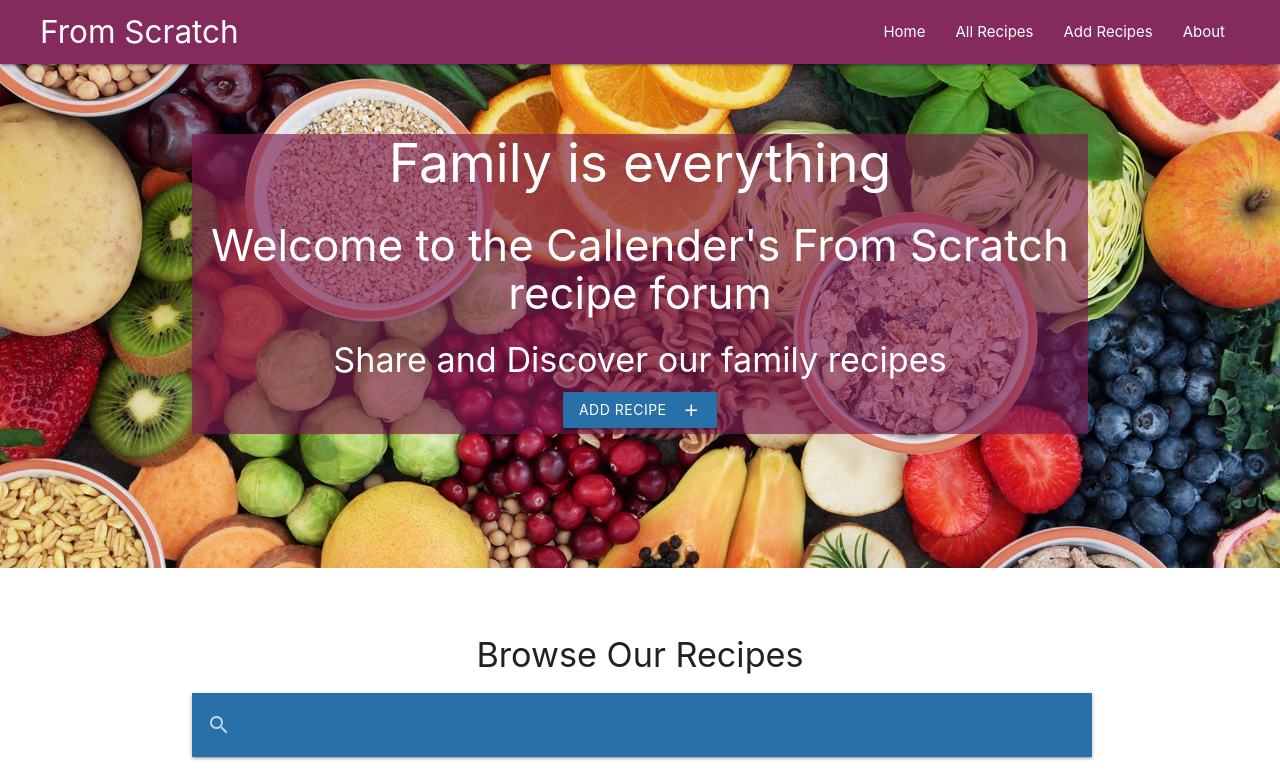
Repository: callendera/MilestoneProject3
Page: http://localhost/
The author's editor kept a record of every edit. The page is drawn from the files as they stood at one moment, then again after the next edit.
The browser window is 1280 px wide. The pictures show the whole page.
Backgrounds fixed to the window are drawn as part of the page. The page is served by the project's application, run on Flask 3 (recipe.py). Queries for data that is not in the repository find no rows.

Above is the page before.
Console error: SyntaxError: Unexpected token ')'

### templates/recipehome.html
{% extends 'base.html' %} {% block content %}
<div class="callout background-callout">
    <div class="container callout-text-background-color">

        <h2>Family is everything</h2>
        <h3>Welcome to the Callender's From Scratch recipe forum</h3>
        <h4>Share and Discover our family recipes</h4>
        <a href="#modal1" class="font-color modal-trigger"><button class="btn waves-effect waves-light center my-btn-color">Add Recipe
        <i class="material-icons right">add</i></a>

    </div>
</div>

<div id="all-recipes"></div>
</br>
</br>
<div class="container flow-text">
    <h4 class="center">Browse Our Recipes</h4>
    <div class="row recipe-row-margin">
            <nav class="my-search-bar-margin center">
                <div class="nav-wrapper my-btn-color">
                    <form>
                        <div class="input-field">
                            <input id="search" type="search" required>
                            <label class="label-icon" for="search"><i class="material-icons">search</i></label>
                            <i class="material-icons">close</i>
                        </div>
                    </form>
                </div>
            </nav>
        {% for recipes in from_scratch %}
        <div class="col s6">
            <a href="{{url_for('view_recipe', recipe_id=recipes._id)}}"><img class="materialboxed recipe-image" data-caption="{{recipes.recipe_name}}" src="{{recipes.recipe_image}}" alt="No Image Available"></a>
            <p class="recipe-name-margin"><strong>{{recipes.recipe_name}}</strong></p>
        </div>
        {% endfor %}
    </div>
</div>
{% endblock %}

### templates/base.html
<!DOCTYPE html>
<html>

<head>
    <link href="https://fonts.googleapis.com/icon?family=Material+Icons" rel="stylesheet">
    <!--link for Icons in Materialize-->

    <!--JQuery needs to be active before Materialize can render its' data-->

    <link rel="stylesheet" href="https://cdnjs.cloudflare.com/ajax/libs/materialize/1.0.0/css/materialize.min.css">
    <link rel="stylesheet" href="{{url_for('static',filename='css/style.css')}}" type="text/css" />
</head>

<body>
        <div class="navbar-fixed ">
            <nav class="transparent">
                <div class="nav-wrapper my-navbar-margin">
                    <a href="index.html" class="brand-logo">From Scratch</a>
                    <a href="#" data-target="mobile-nav" class="sidenav-trigger"><i class="material-icons">menu</i></a>
                    <ul class="right hide-on-med-and-down">
                        <li><a href="{{ url_for('get_recipes') }}">Home</a></li>
                        <li><a href="#all-recipes">All Recipes</a></li>
                        <li><a href="collapsible.html">Add Recipes</a></li>
                        <li><a href="mobile.html">About</a></li>
                    </ul>
                </div>
            </nav>
        </div>


        <ul class="sidenav" id="mobile-nav">
            <li><a href="#top">Home</a></li>
            <li><a href="#all-recipes">All Recipes</a></li>
            <li><a href="collapsible.html">Login</a></li>
            <li><a href="mobile.html">Register</a></li>
        </ul>



        {% block content %}
        <!--contains any content needed for each page, this give a template for such-->
        {% endblock %}



        <script src="https://cdnjs.cloudflare.com/ajax/libs/jquery/3.4.1/jquery.min.js" integrity="sha256-CSXorXvZcTkaix6Yvo6HppcZGetbYMGWSFlBw8HfCJo=" crossorigin="anonymous"></script>
        <script src="https://cdnjs.cloudflare.com/ajax/libs/materialize/1.0.0/js/materialize.min.js"></script>

        <script src='http://code.jquery.com/jquery-3.3.1.min.js'></script>
        <script src='/javascripts/register.js'></script>
        <!-- Script to use Materialize functionality-->
        <script type="text/javascript">
            $(document).ready(function() {
                $('select').formSelect();
            });
        </script>
        <script type="text/javascript">
            $(document).ready(function() {
                $('.collapsible').collapsible();
            });
        </script>
        <script type="text/javascript">
            $(document).ready(function() {
                $('.sidenav').sidenav();
            });
        </script>
        <script type="text/javascript">
            $(document).ready(function() {
               $('.fixed-action-btn').floatingActionButton();
            });
        </script>
        <script type="text/javascript">
            $(document).ready(function() {
               $('.modal').modal();
            });
        </script>


        <!-- script for the collapsibles-->
</body>

</html>

### recipe.py
import os
from flask import Flask, render_template, redirect, request, url_for
from flask_pymongo import PyMongo
from bson.objectid import ObjectId
#sets up application for use with PyMongo, Flask

app = Flask(__name__)
app.config["MONGO_DBNAME"] = 'from_scratch'
#creates link between Database and application
app.config["MONGO_URI"] = os.getenv("MONGO_URI")

#creates application to be tested

mongo = PyMongo(app)

@app.route('/')

@app.route('/get_recipes')
#Display text as proof of concept
def get_recipes():
    from_scratch = mongo.db.recipes.find()
    return render_template( "recipehome.html", from_scratch=from_scratch)

@app.route('/add_recipes')
def add_recipes():
    from_scratch = mongo.db.recipes.find()
    return render_template("recipehome.html")

@app.route('/insert_recipe', methods=['POST'])
def insert_recipe():
    from_scratch = mongo.db.recipes
    from_scratch.insert_one(request.form.to_dict())
    return redirect(url_for('get_recipes'))

@app.route('/view_recipe/<recipe_id>')
def view_recipe(recipe_id):
    return render_template('recipedetails.html', from_scratch=mongo.db.recipes.find({'_id': ObjectId(recipe_id)}))

if __name__ == '__main__':
    app.run(host=os.environ.get('IP'),
            port=int(os.environ.get('PORT')),
            debug=True)
#So they know how and where to run application

### static/css/style.css
.recipe-image {
    height: 300px;
    width: 400px;
    padding: 20px;
    padding-bottom: 0px;
    margin-top: 20px;
}

.recipe-name-margin {
    margin-top: 0px;
}

.view-recipe-container-margin {
    margin-bottom: 60px;
}

.background-callout {
    /*--- FOR ALL BACKGROUND CONTAINERS sets background image for callout container.
    it is set to not repeat, so the image doesnt stretch, and the image will be centered horizontally and
    pushed to the top of the container. the background will also not scroll, but remained positioned so things will scroll past it---*/
    background: url(../images/home.jpg)no-repeat center center fixed;
    -webkit-background-size: cover;
    -moz-background-size: cover;
    -o-background-size: cover;
    background-size: cover;
    overflow: hidden;
    align-items: center;
    justify-content: center;
    height: 40vh;
}


.callout-text-background-color {
    text-align: center;
    background-color: #7c1a50a3;
    color: white;
    height: 300px;
    margin-top: 400px;


}

.view-recipe-image {
    height: 500px;
    width: 800px;
    margin-left: 125px;
    margin-top: 30px;
}

.recipe-row-margin {
    margin-left: 80px;
}

.my-navbar-margin {
    padding-left: 40px;
    padding-right: 40px;
    background-color: #7c1a50ed;
}

.my-btn-color {
    background-color: #2870a8;
}

.my-btn-color:hover {
    /*--- color of background: blue ---*/
    background-color: #2870a8cf;
    /*--- when mouse is hovered the button will transition for
    .40seconds to a darker green color. the color will gradually ease in and then ease out. ---*/
    transition: all 0.40s ease-in-out;
    -moz-transition: all 0.40s ease-in-out;
    -webkit-transition: all 0.40s ease-in-out;
    -o-transition: all 0.40s ease-in-out;
    /*--- adjustments for each web browser ---*/
}


.my-link-color {
    color: #3384d8;
}

.font-color {
    color: white;
}

.my-search-bar-margin {
    margin-top: 20px;
    width: 900px;
}

/*---Media Queries---*/

/*--- adjustemnts for different screensizes,
    small-->big all features tested on google chrome inspect ---*/

@media (min-width: 576px) {
    .callout-text-background-color {
        margin-top: 200px;
        ;
    }

}

@media (min-width: 768px) {
    .background-callout {

        background: url("../images/home.jpg")no-repeat center center fixed;
        /*--- adjusts background for different browsers ---*/
        -webkit-background-size: cover;
        -moz-background-size: cover;
        -o-background-size: cover;
        background-size: cover;

        /*--- makes the background fit to the container ---*/
        overflow: hidden;

        /*--- aligns and justifies text in container ---*/
        align-items: center;
        justify-content: center;
        /*--- the height that container will take up in the viewport ---*/
        height: 60vh;
    }
    .callout-text-background-color {
        margin-top: 50px;
        ;
    }

}

@media (min-width: 992px) {
    .background-callout {

        background: url("../images/home.jpg")no-repeat center center fixed;
        /*--- adjusts background for different browsers ---*/
        -webkit-background-size: cover;
        -moz-background-size: cover;
        -o-background-size: cover;
        background-size: cover;

        /*--- makes the background fit to the container ---*/
        overflow: hidden;

        /*--- aligns and justifies text in container ---*/
        align-items: center;
        justify-content: center;
        /*--- the height that container will take up in the viewport ---*/
        height: 60vh;
    }
    .callout-text-background-color {
        margin-top: 90px;
        ;
    }
    .my-search-bar-margin {
    width: 850px;
    }
    .recipe-row-margin {
    margin-left: 0px;
}

}

@media (min-width: 1200px) {
    .background-callout {

        background: url("../images/foods.jpg")no-repeat center center fixed;
        /*--- adjusts background for different browsers ---*/
        -webkit-background-size: cover;
        -moz-background-size: cover;
        -o-background-size: cover;
        background-size: cover;

        /*--- makes the background fit to the container ---*/
        overflow: hidden;

        /*--- aligns and justifies text in container ---*/
        align-items: center;
        justify-content: center;
        /*--- the height that container will take up in the viewport ---*/
        height: 70vh;
    }
    .callout-text-background-color {
        margin-top: 70px;
        ;
    }

    .my-search-bar-margin {
    width: 900px;
    }
    .recipe-row-margin {
    margin-left: 0px;
}

}

### register.js
$(function(){
    $("#register").on('click', function(event){
        event.preventDefault();
        var username   = $("#username").val();
        var password   = $("#password").val();

        if(!username || !password ||){
            $("#msgDiv").show().html("All fields are required.");
        }
        else{
            $.ajax({
                url: "/register",
                method: "POST",
                data: { user_name: username, password: password }
            }).done(function( data ) {
                if ( data ) {
                    if(data.status == 'error'){
                        var errors = '<ul>';
                        $.each( data.message, function( key, value ) {
                            errors = errors +'<li>'+value.msg+'</li>';
                        });
                        errors = errors+ '</ul>';
                        $("#msgDiv").html(errors).show();
                    }else{
                        $("#msgDiv").removeClass('invalid').addClass('valid').html(data.message).show();
                    }
                }
            });
        }
    });
});

After the next edit:
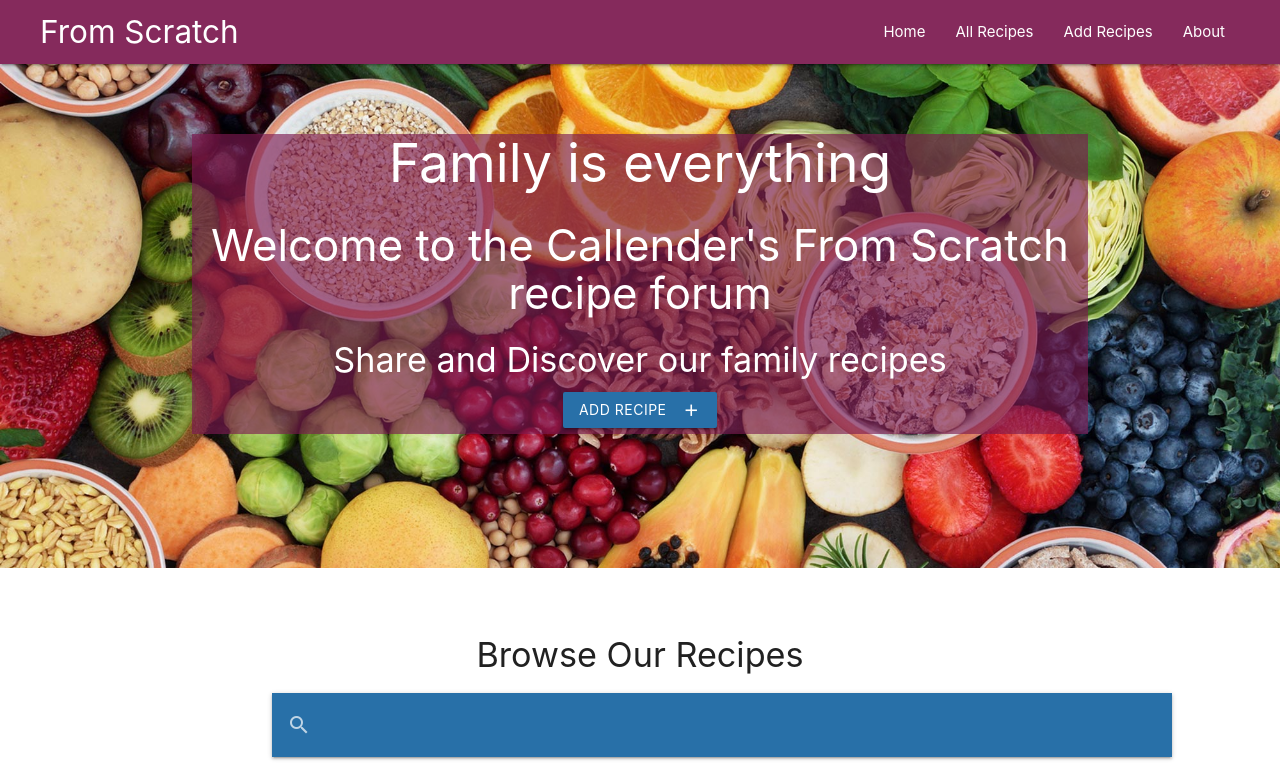
The edit:
--- a/static/css/style.css
+++ b/static/css/style.css
@@ -186,7 +186,7 @@
     width: 900px;
     }
     .recipe-row-margin {
-    margin-left: 0px;
+    margin-left: 80px;
 }
 
 }
